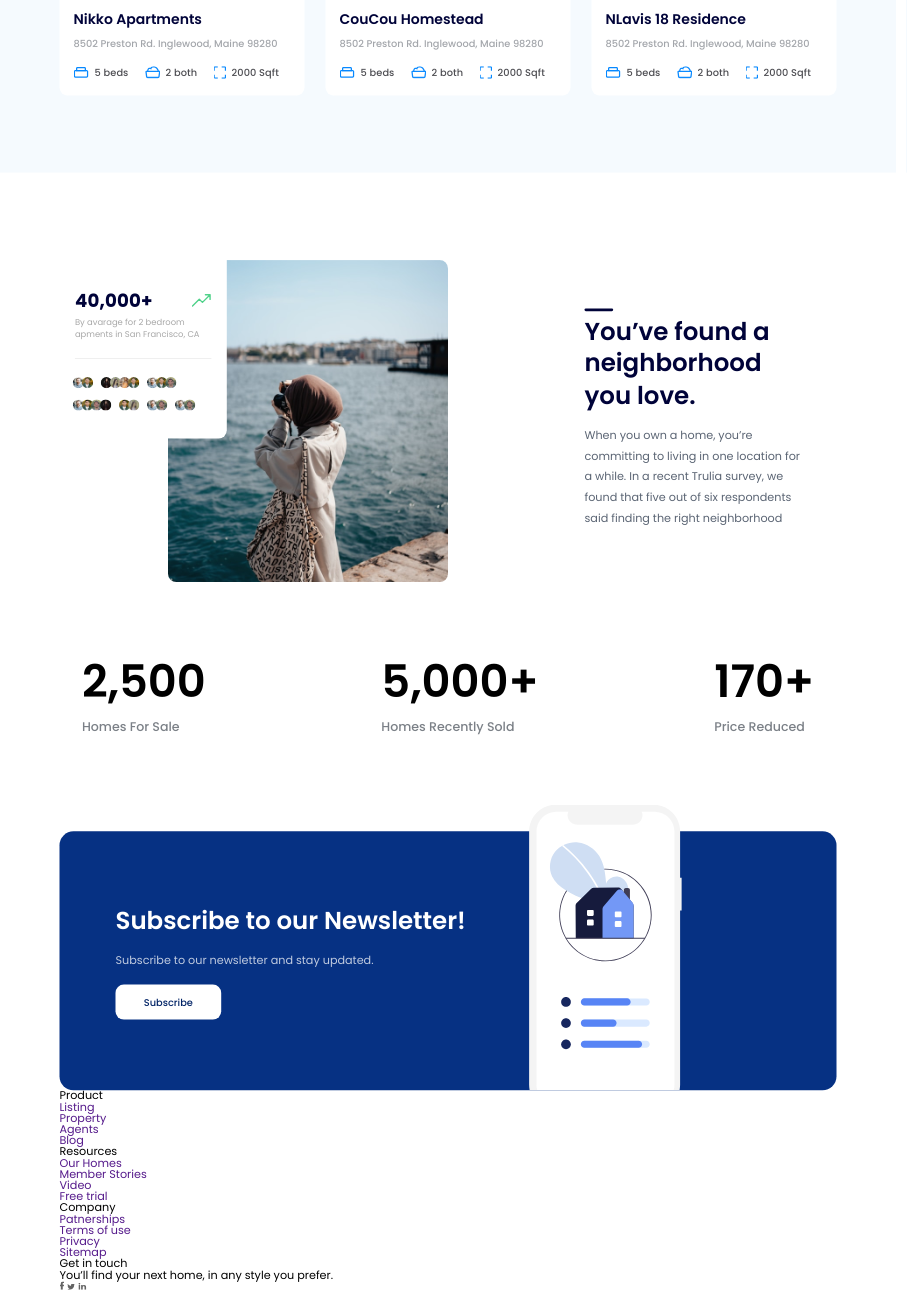
Repository: Kazuto-2004/f8-htmlcss-01
Page: index.html
The author's editor kept a copy of each file at every save. The page is drawn from the files as they stood at one save, then again after the next save.
The browser window is 1280 px wide. The page is 1295 px wide, so the pictures cover 1295 px, including what lies to the right of the window. The pictures show the part of the page from y = 2192 to 4072 px (the page is 4040 px tall before and 4072 px after), at 70% of full size.

Above is the page before, as saved 2023-07-15 20:41:30.

After the next save:
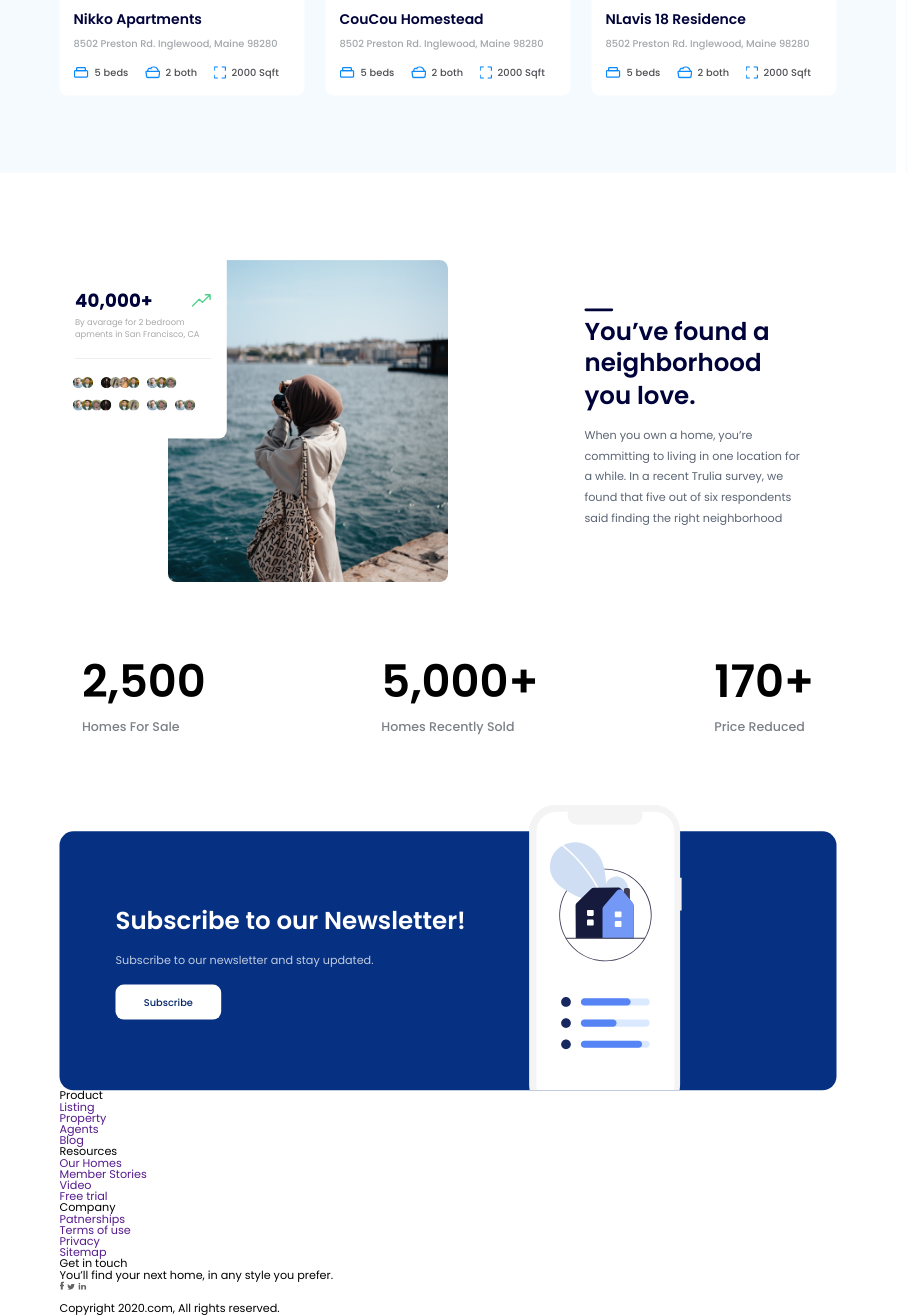
Saved 65 s later.
--- a/index.html
+++ b/index.html
@@ -550,6 +550,13 @@
                             </div>
                         </div>
                     </div>
+
+                    <div class="row">
+                        <img src="" alt="" class="logo" />
+                        <p class="copyright">
+                            Copyright 2020.com, All rights reserved.
+                        </p>
+                    </div>
                 </div>
             </footer>
         </main>
